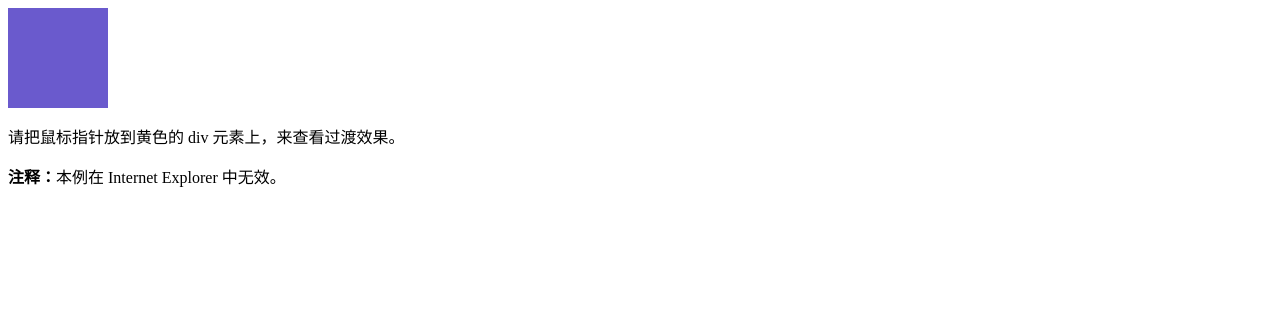
Repository: YukiXueyan/moquWebsite
Page: html/CSS过渡.html
The author's editor kept a copy of each file at every save. The page is drawn from the files as they stood at one save, then again after the next save.
The browser window is 1280 px wide. The pictures show the whole page.

Above is the page before, as saved 2020-07-05 16:35:40.

### html/CSS过渡.html
<!DOCTYPE html>
<html>
<head>
<style>
#d1
{
width:100px;
height:100px;
background:slateblue;
transition:width 2s;

}

div d1 :hover
{
width:300px;
}
</style>
</head>
<body>

<div id="d1"></div>

<p>请把鼠标指针放到黄色的 div 元素上，来查看过渡效果。</p>

<p><b>注释：</b>本例在 Internet Explorer 中无效。</p>

</body>
</html>

After the next save:
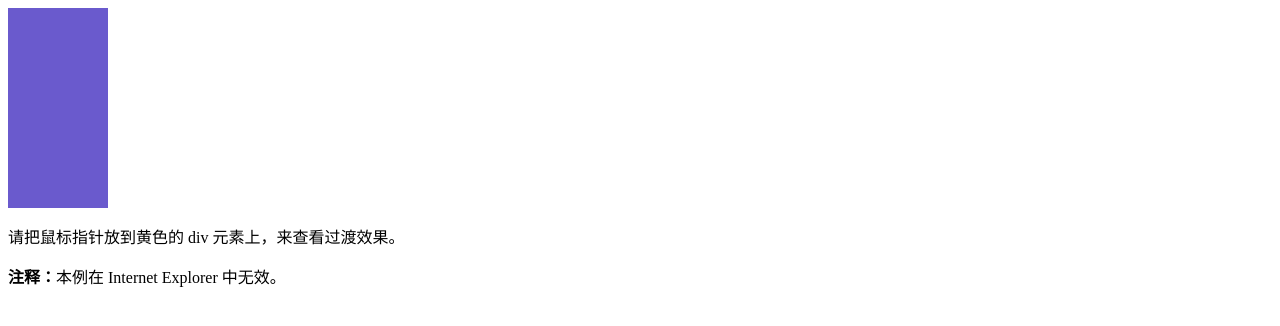
Saved 54 s later.
--- a/html/CSS过渡.html
+++ b/html/CSS过渡.html
@@ -2,7 +2,7 @@
 <html>
 <head>
 <style>
-#d1
+div
 {
 width:100px;
 height:100px;
@@ -20,6 +20,7 @@ width:300px;
 <body>
 
 <div id="d1"></div>
+<div id="d2"></div>
 
 <p>请把鼠标指针放到黄色的 div 元素上，来查看过渡效果。</p>
 
